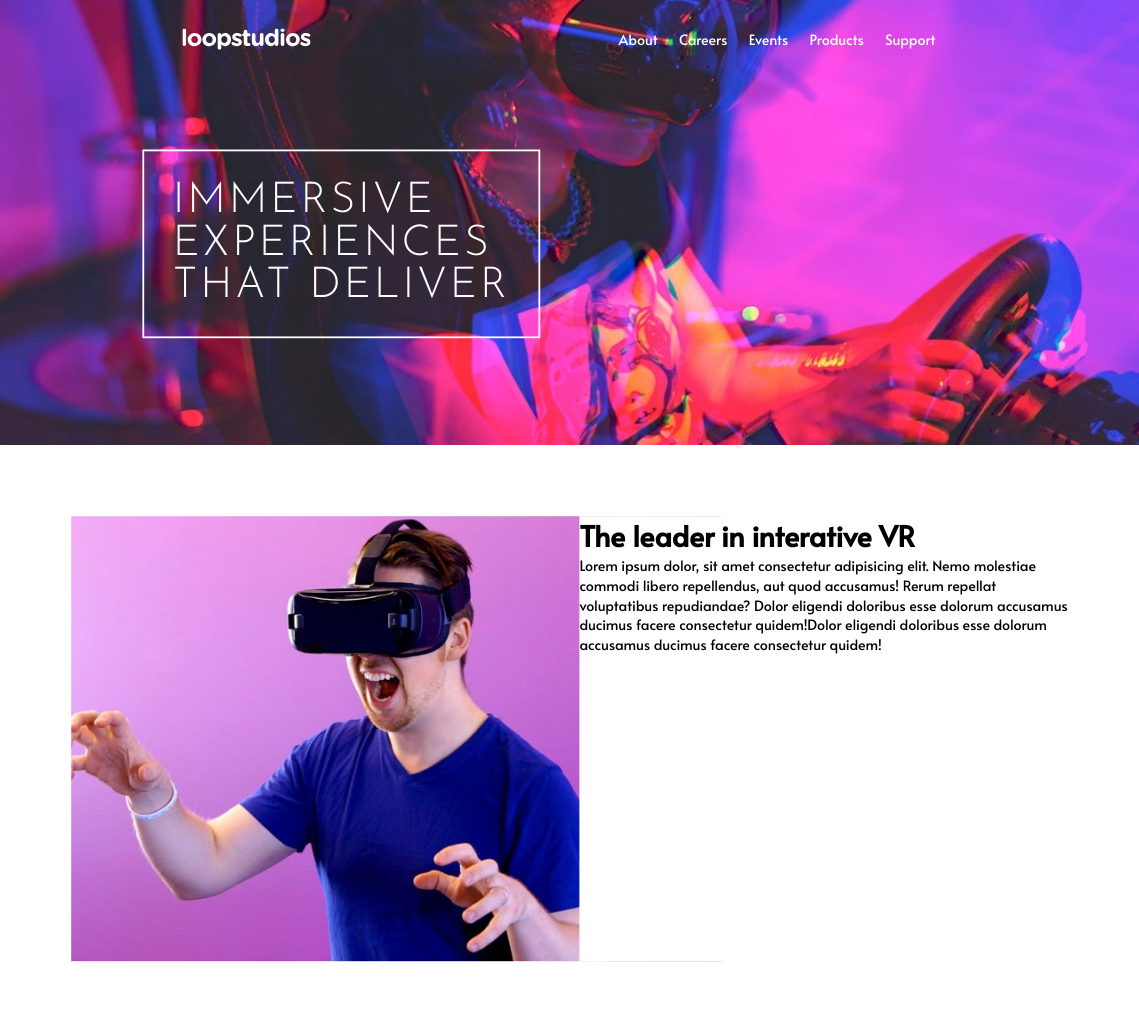
Repository: gligor99/loopstudios-fm
Page: /
These files come from the project's save history. The page is drawn as it stood at one moment and after a run of saves; the edit follows.
The browser window is 1280 px wide. The pictures show the whole page, at 89% of full size.
Backgrounds fixed to the window are drawn as part of the page. The project was rebuilt for these pictures with package versions that can differ from the ones it lists, and the page was loaded fresh each time.

Above is the page before, as saved 2021-11-28 15:39:48.

### src/index.css
@import url('https://fonts.googleapis.com/css2?family=Alata&family=Josefin+Sans:wght@300&display=swap');

:root {
  --clr-white: hsl(0, 0%, 100%);
  --clr-black: hsl(0, 0%, 0%);
  --clr-dark-gray: hsl(0, 0%, 55%);
  --clr-very-dark-gray: hsl(0, 0%, 41%)
}

*,
::after,
::before {
  margin: 0;
  padding: 0;
  box-sizing: border-box;
}

body {
  font-family: "Alata", sans-serif;
  background: var(--clr-light-grayish-cyan);
  color: var(--clr-grey-1);
  font-size: 1rem;
}

### src/App.jsx
import About from "./components/About/About";
import Hero from "./components/Hero/Hero";


function App() {
  return (
    <div className="App">
      <Hero />
      <About />
    </div>
  );
}

export default App;

### src/components/About/About.jsx
import "./about.css";
import image from "../../assets/desktop/image-interactive.jpg";

const About = () => {
  return (
    <div className="about-container">
      <img className="image-interactive" src={image} alt="interactive.jpg" />
      <div className="about-content">
        <h1 className="about-title">The leader in interative VR</h1>
        <p className="about-p">
          Lorem ipsum dolor, sit amet consectetur adipisicing elit. Nemo
          molestiae commodi libero repellendus, aut quod accusamus! Rerum
          repellat voluptatibus repudiandae? Dolor eligendi doloribus esse
          dolorum accusamus ducimus facere consectetur quidem!Dolor eligendi doloribus esse
          dolorum accusamus ducimus facere consectetur quidem!
        </p>
      </div>
    </div>
  );
};

export default About;

### src/components/Hero/Hero.jsx
import React from "react";
import Navbar from "../Navbar/Navbar";
import "./hero.css";

const Hero = () => {
  return (
    <div className="container">
      <Navbar />
      <div className="container-content">
        <h1 className="title">
          Immersive <br /> experiences <br />
          that deliver
        </h1>
      </div>
    </div>
  );
};

export default Hero;

### src/components/About/about.css
.about-container {
  display: flex;
  justify-content: center;
  margin: auto;
  padding: 5rem;
}

.image-interactive {
  height: 80%;
  z-index: -1;
}
.about-content {
  z-index: 100;
  background-color: var(--clr-white);
  margin-left: -10rem;
}

### src/components/Navbar/Navbar.jsx
import logo from "../../assets/logo.svg";
import "./navbar.css";

const Navbar = () => {
  return (
    <div className="wrapper">
      <img src={logo} alt="logo.svg" />
      <ul>
        <li>
          <a href="/about">About</a>
        </li>
        <li>
          <a href="/careers">Careers</a>
        </li>
        <li>
          <a href="/events">Events</a>
        </li>
        <li>
          <a href="/products">Products</a>
        </li>
        <li>
          <a href="/support">Support</a>
        </li>
      </ul>
    </div>
  );
};

export default Navbar;

### src/components/Hero/hero.css
.container {
    background: url('../../assets/desktop/image-hero.jpg');
    background-repeat: no-repeat;
    background-attachment: fixed;
    background-size: cover;
    height: 500px;
}
.container-content {
    display: flex;
    margin-top: 5rem;
    margin-left: 10rem;
}

.title {
    border: 2px solid var(--clr-white);
    padding: 2rem;
    text-transform: uppercase;
    font-family: 'Josefin Sans' , sans-serif;
    font-size: 3rem;
    font-weight: 100;
    letter-spacing: 0.2rem;
    color: white;
}

### src/components/Navbar/navbar.css
.wrapper {
  display: flex;
  flex-direction: row;
  justify-content: space-around;
  align-items: center;
  margin: auto;
  padding: 2rem;
  background-color: transparent;
}
img {
  height: 1.5rem;
}
ul {
  display: flex;
  flex-wrap: nowrap;
  justify-content: space-evenly;
}
li {
  list-style-type: none;
  padding-right: 1.5rem;
}
a {
  position: relative;
  display: inline-block;
  text-decoration: none;
  color: var(--clr-white);
}
a:after {
  content: "";
  position: absolute;
  left: 0;
  top: 100%;
  width: 0;
  height: 1.8px;
  background-color: var(--clr-white);
  transition: width 0.2s ease-in-out;
}
a:hover:after {
  width: 100%;
}

Loaded but not shown: public/index.html (common file); src/index.jsx (common file)

After the next 2 saves:
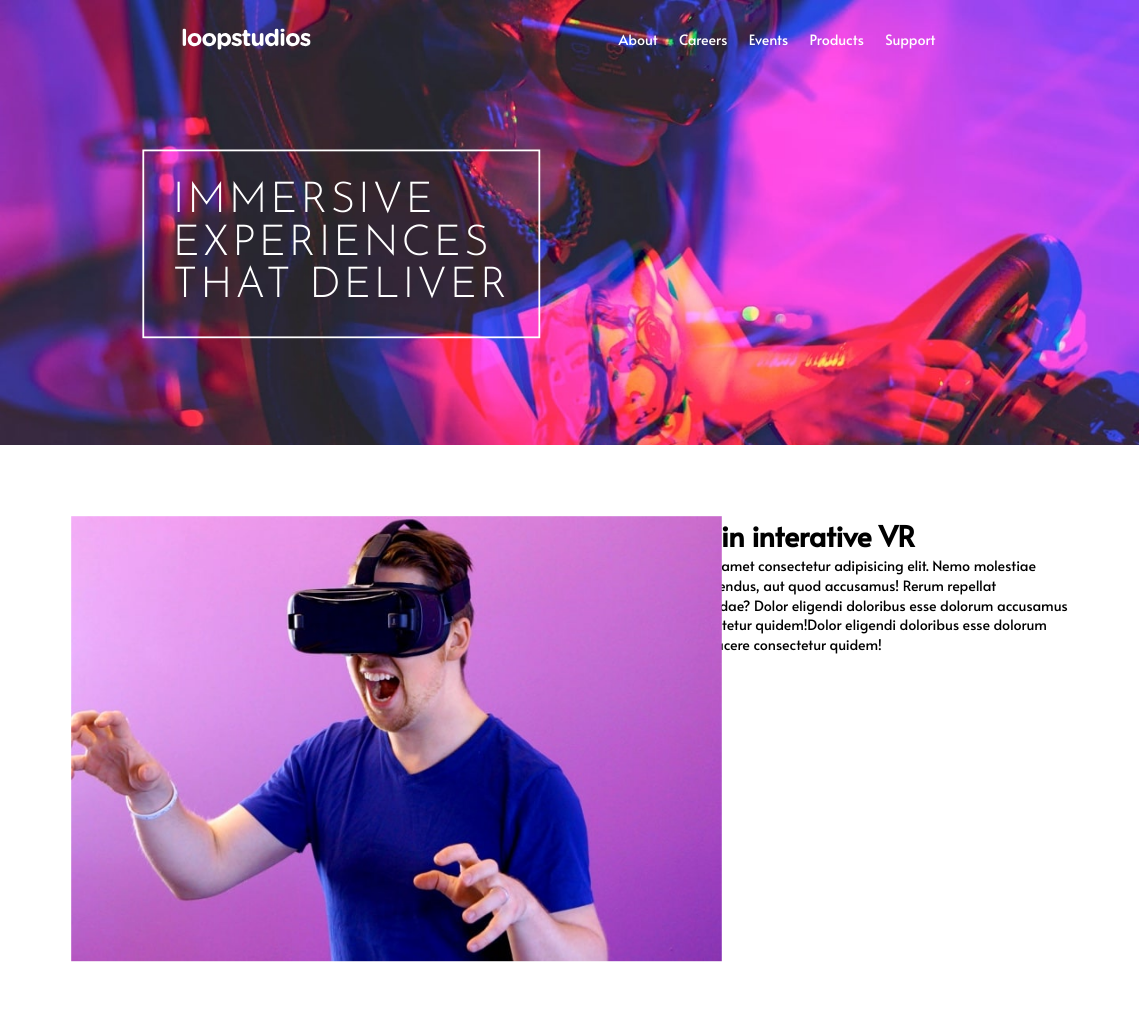
The 2 saves are shown as one change because they came seconds apart.
The last was saved 7 s later.
--- a/src/components/About/about.css
+++ b/src/components/About/about.css
@@ -7,10 +7,9 @@
 
 .image-interactive {
   height: 80%;
-  z-index: -1;
+  z-index: 1;
 }
 .about-content {
-  z-index: 100;
   background-color: var(--clr-white);
   margin-left: -10rem;
 }

After the save that followed:
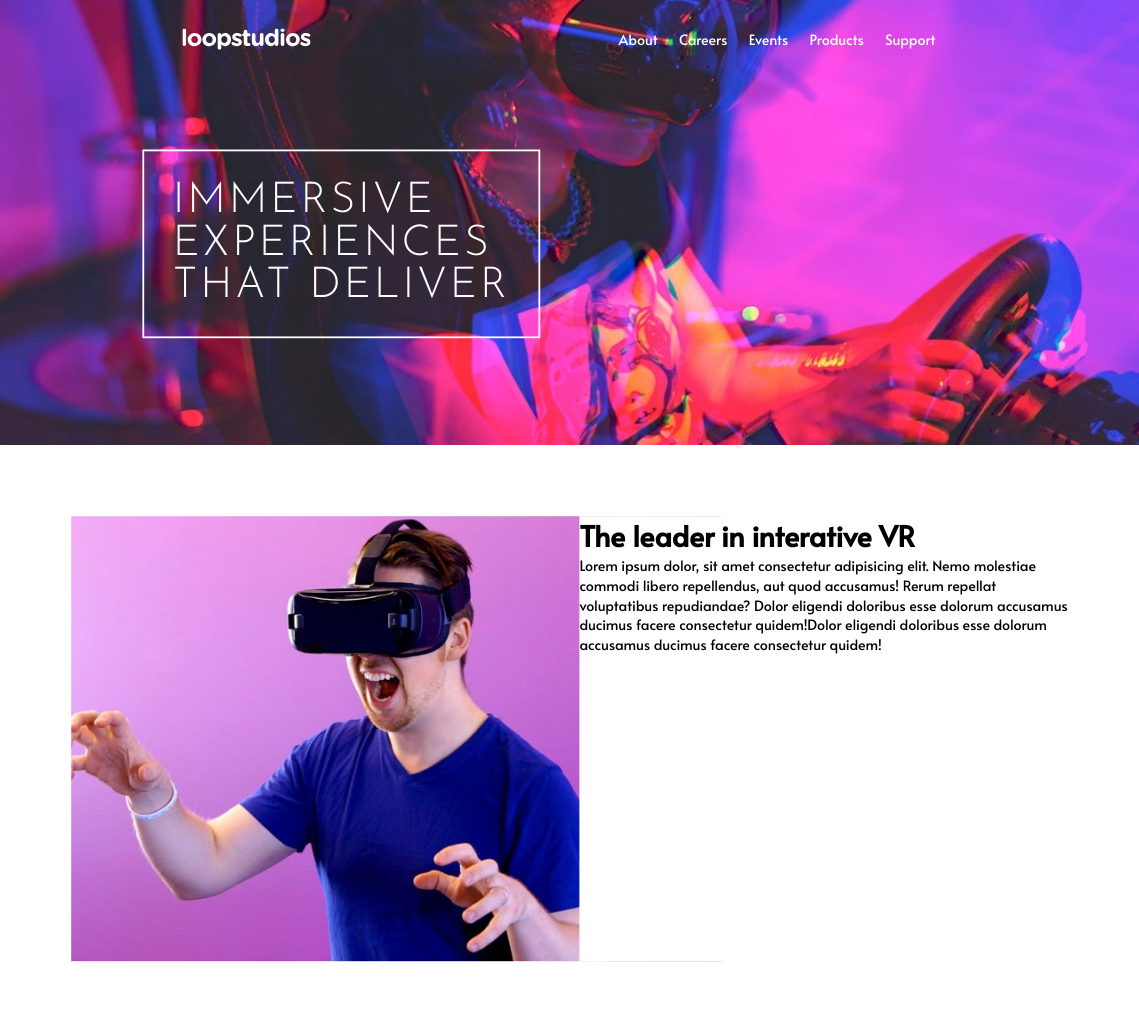
Saved 9 s later.
--- a/src/components/About/about.css
+++ b/src/components/About/about.css
@@ -7,7 +7,7 @@
 
 .image-interactive {
   height: 80%;
-  z-index: 1;
+  z-index: -1;
 }
 .about-content {
   background-color: var(--clr-white);
